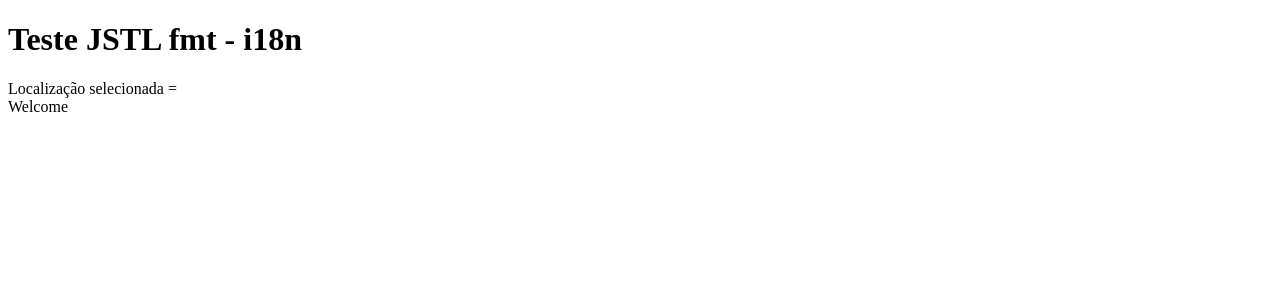
Repository: GabrielGGhost/EstudoJavaAW1-AW2
Page: http://localhost/estudos10/jsp/exemploI18N.jsp
These files come from the project's save history. The page is drawn as it stood at one moment and after the next save; the edit follows.
The browser window is 1280 px wide. The pictures show the whole page.
The page is served by Tomcat 9.

Above is the page before, as saved 2020-10-23 17:11:00.

### estudos10/WebContent/jsp/exemploI18N.jsp
<%@ page language="java" contentType="text/html; charset=ISO-8859-1"
    pageEncoding="ISO-8859-1"%>

<%@ taglib uri="http://java.sun.com/jsp/jstl/fmt" prefix="fmt" %>
<!DOCTYPE html PUBLIC "-//W3C//DTD HTML 4.01 Transitional//EN" "http://www.w3.org/TR/html4/loose.dtd">
<html>
<head>
<meta http-equiv="Content-Type" content="text/html; charset=ISO-8859-1">
<title>Teste de i18n com JSTL</title>
</head>
<body>
	<h1>Teste JSTL fmt - i18n</h1>
	Localização selecionada = ${param.language} <br/>
	<fmt:setLocale value="{param.language}"/>
		<fmt:bundle basename="com.estudo.bundles.${param.language}" prefix="Login.">
			<fmt:message key="mensagem.boasvindas"> </fmt:message>
		</fmt:bundle>
</body>
</html>

After the next save:
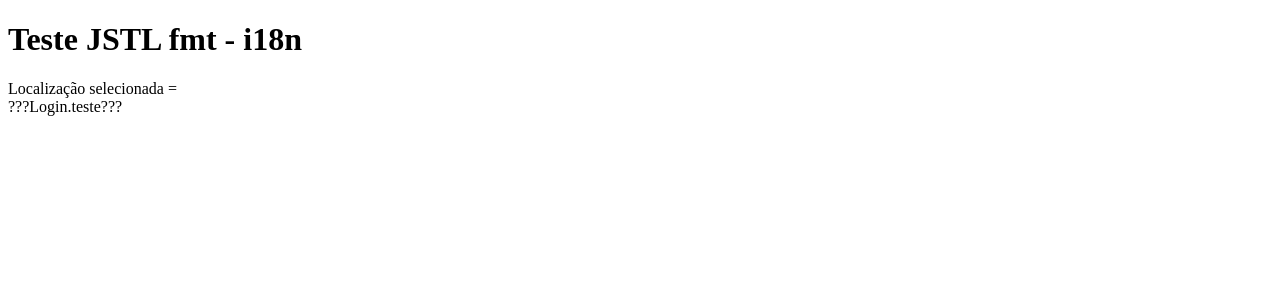
Saved 24 s later.
--- a/estudos10/WebContent/jsp/exemploI18N.jsp
+++ b/estudos10/WebContent/jsp/exemploI18N.jsp
@@ -13,7 +13,7 @@
 	Localização selecionada = ${param.language} <br/>
 	<fmt:setLocale value="{param.language}"/>
 		<fmt:bundle basename="com.estudo.bundles.${param.language}" prefix="Login.">
-			<fmt:message key="mensagem.boasvindas"> </fmt:message>
+			<fmt:message key="teste"> </fmt:message>
 		</fmt:bundle>
 </body>
 </html>
